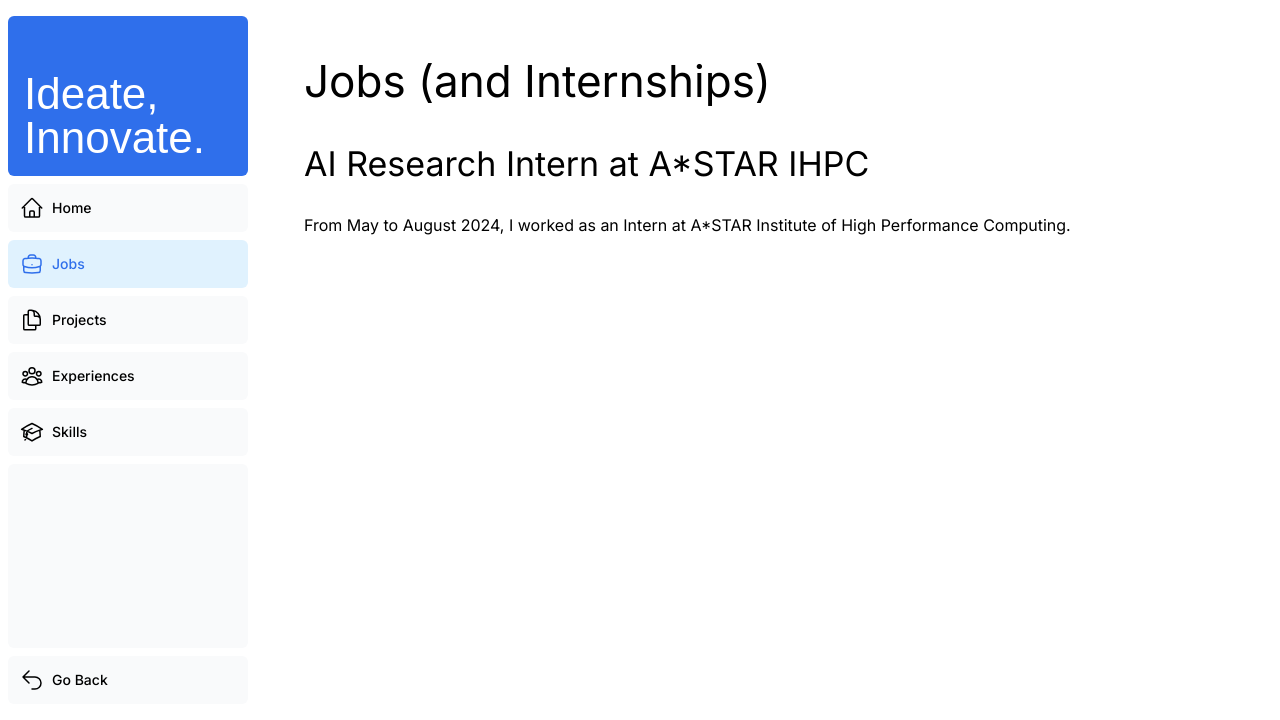
Repository: ThatGirlJam/jaime-portfolio
Page: /dashboard/jobs
The author's editor kept a copy of each file at every save. The page is drawn from the files as they stood at one save, then again after the next save.
The browser window is 1280 px wide. The pictures show the whole page.
Some web fonts or font styles are not loaded; a fallback is used. The project was rebuilt for these pictures with package versions that can differ from the ones it lists, and the page was loaded fresh each time. The framework's server and built-in components were replaced by stand-ins that run in the browser. Also part of the build but not shown: next.config.js.

Above is the page before, as saved 2024-06-05 19:53:15.

### app/dashboard/jobs/page.tsx
export default function Page() {
  return (
    <div>
      <p className="text-[44px]"> Jobs (and Internships) </p>
      <br />
      <p className="text-[34px]"> AI Research Intern at A*STAR IHPC </p>
      <br />

      <p>
        From May to August 2024, I worked as an Intern at A*STAR Institute of
        High Performance Computing.
      </p>
    </div>
  );
}

### app/ui/fonts.ts
import { Inter } from 'next/font/google';
import { Lusitana } from 'next/font/google';

export const inter = Inter({ subsets: ['latin'] });

export const lusitana = Lusitana({
  weight: ['400', '700'],
  subsets: ['latin'],
});

### app/ui/dashboard/sidenav.tsx
import Link from 'next/link';
import NavLinks from '@/app/ui/dashboard/nav-links';
import BannerLogo from '@/app/ui/banner-logo';
import { ArrowUturnLeftIcon } from '@heroicons/react/24/outline';

export default function SideNav() {
  return (
    <div className="flex h-full flex-col px-3 py-4 md:px-2">
      <Link
        className="h-25 mb-2 flex items-end justify-start rounded-md bg-blue-600 p-4 md:h-40"
        href="/"
      >
        <div className="w-32 text-white md:w-40">
          <BannerLogo />
        </div>
      </Link>
      <div className="flex grow flex-row justify-between space-x-2 md:flex-col md:space-x-0 md:space-y-2">
        <NavLinks />
        <div className="hidden h-auto w-full grow rounded-md bg-gray-50 md:block"></div>
        <Link href="/">
          <button className="flex h-[48px] w-full grow items-center justify-center gap-2 rounded-md bg-gray-50 p-3 text-sm font-medium hover:bg-sky-100 hover:text-blue-600 md:flex-none md:justify-start md:p-2 md:px-3">
            <ArrowUturnLeftIcon className="w-6" />
            <div className="hidden md:block">Go Back</div>
          </button>
        </Link>
      </div>
    </div>
  );
}

### app/ui/dashboard/nav-links.tsx
'use client';

import {
  UserGroupIcon,
  HomeIcon,
  DocumentDuplicateIcon,
  AcademicCapIcon,
  BriefcaseIcon,
} from '@heroicons/react/24/outline';
import Link from 'next/link';
import { usePathname } from 'next/navigation';
import clsx from 'clsx';

// Map of links to display in the side navigation.
// Depending on the size of the application, this would be stored in a database.
const links = [
  { name: 'Home', href: '/dashboard', icon: HomeIcon },
  {
    name: 'Jobs',
    href: '/dashboard/jobs',
    icon: BriefcaseIcon,
  },
  {
    name: 'Projects',
    href: '/dashboard/projects',
    icon: DocumentDuplicateIcon,
  },
  { name: 'Experiences', href: '/dashboard/experiences', icon: UserGroupIcon },
  { name: 'Skills', href: '/dashboard/skills', icon: AcademicCapIcon },
];

export default function NavLinks() {
  const pathname = usePathname();

  return (
    <>
      {links.map((link) => {
        const LinkIcon = link.icon;
        return (
          <Link
            key={link.name}
            href={link.href}
            //When the link.href aka link of the nav option matches the curr path name, turn blue to show user is on that page
            className={clsx(
              'flex h-[48px] grow items-center justify-center gap-2 rounded-md bg-gray-50 p-3 text-sm font-medium hover:bg-sky-100 hover:text-blue-600 md:flex-none md:justify-start md:p-2 md:px-3',
              {
                'bg-sky-100 text-blue-600': pathname === link.href,
              },
            )}
          >
            <LinkIcon className="w-6" />
            <p className="hidden md:block">{link.name}</p>
          </Link>
        );
      })}
    </>
  );
}

### app/ui/banner-logo.tsx
import { lusitana } from '@/app/ui/fonts';

export default function BannerLogo() {
  return (
    <div
      className={`${lusitana.className} flex flex-row items-center leading-none text-white`}
    >
      <p className="text-[44px]">Ideate, Innovate.</p>
    </div>
  );
}

Loaded but not shown: app/layout.tsx (common file); app/dashboard/layout.tsx (common file); app/ui/global.css (common file); tailwind.config.ts (common file)

After the next save:
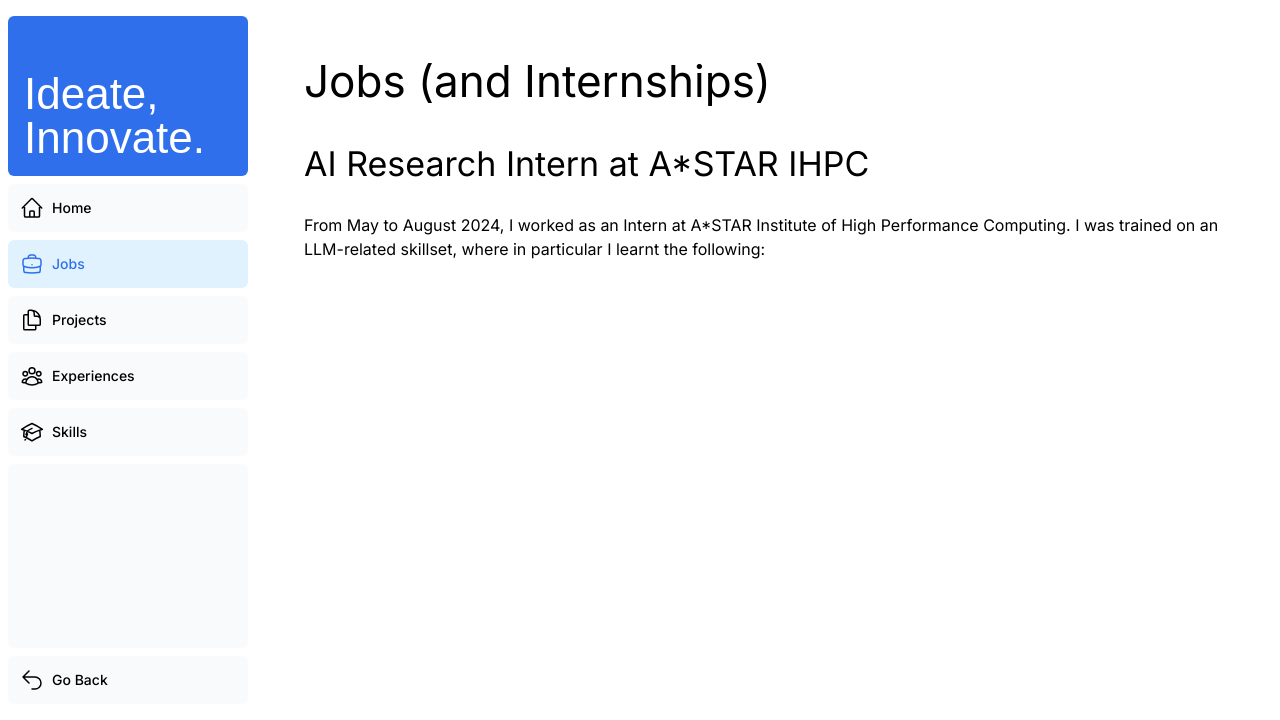
Saved 36 s later.
--- a/app/dashboard/jobs/page.tsx
+++ b/app/dashboard/jobs/page.tsx
@@ -8,7 +8,8 @@
 
       <p>
         From May to August 2024, I worked as an Intern at A*STAR Institute of
-        High Performance Computing.
+        High Performance Computing. I was trained on an LLM-related skillset,
+        where in particular I learnt the following:
       </p>
     </div>
   );
